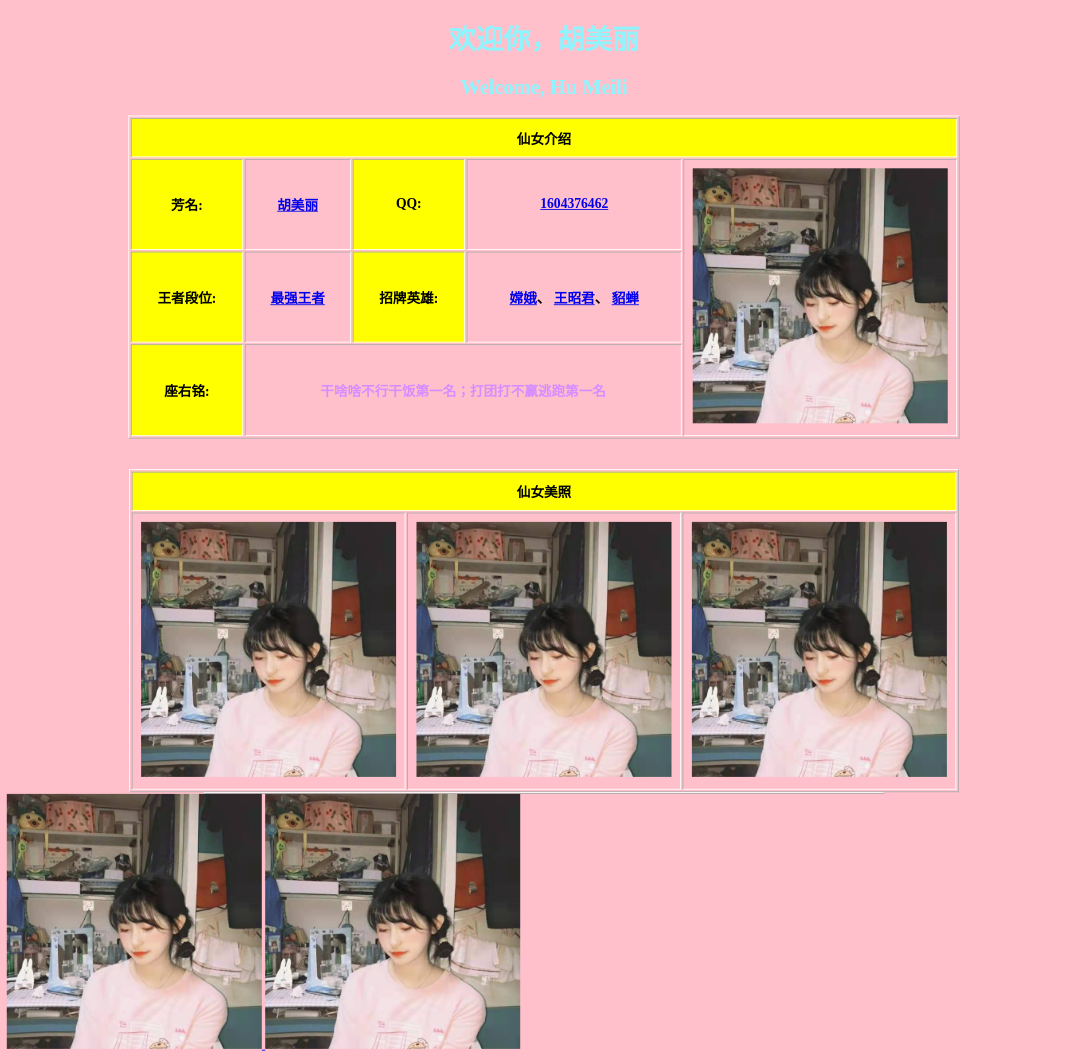
Repository: NanmeiYC/NanmeiYC.github.io
Page: ceshi2.html
The author's editor kept a copy of each file at every save. The page is drawn from the files as they stood at one save, then again after a run of saves.
The browser window is 1280 px wide. The pictures show the whole page, at 85% of full size.

Above is the page before, as saved 2021-05-29 02:55:50.

After the next 2 saves:
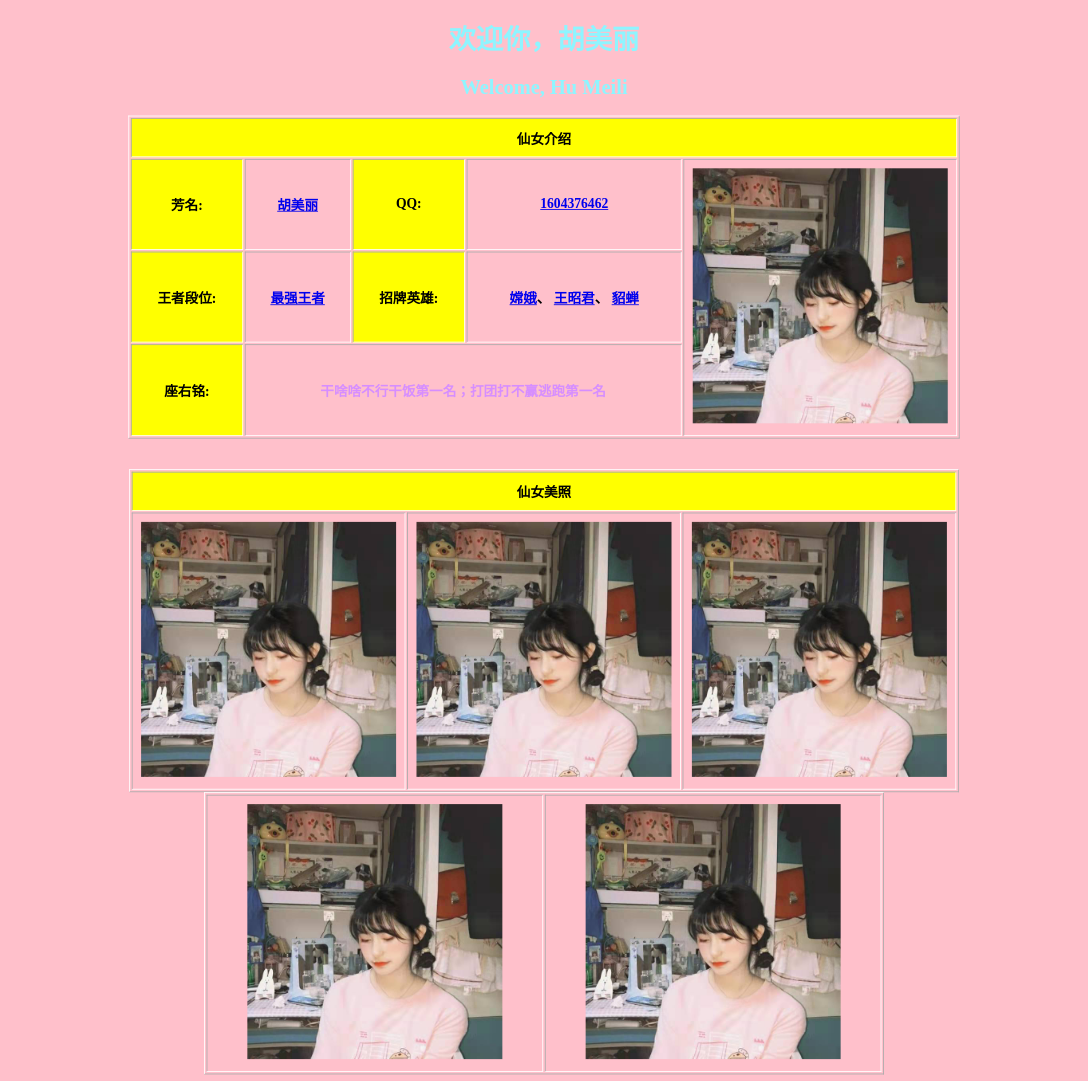
The 2 saves are shown as one change because they came seconds apart.
The last was saved 50 s later.
--- a/ceshi2.html
+++ b/ceshi2.html
@@ -46,8 +46,9 @@
             <th rowspan="3" width="100" <p><a href="https://user.qzone.qq.com/1604376462?source=aiostar"><img border="0" src="images\胡美丽主.jpg" width="300px" height="300px"></th>
             <th rowspan="3" width="100" <p><a href="https://user.qzone.qq.com/1604376462?source=aiostar"><img border="0" src="images\胡美丽主.jpg" width="300px" height="300px"></th>
         </tr>
-        <table border="1" align="center" cellpadding="10" width="800" style="border-color:rgb(255, 255, 255);"></table>
+        <table border="1" align="center" cellpadding="10" width="800" style="border-color:rgb(255, 255, 255);">
         <tr align="center">
             <th rowspan="3" width="100" <p><a href="https://user.qzone.qq.com/1604376462?source=aiostar"><img border="0" src="images\胡美丽主.jpg" width="300px" height="300px"></th>
             <th rowspan="3" width="100" <p><a href="https://user.qzone.qq.com/1604376462?source=aiostar"><img border="0" src="images\胡美丽主.jpg" width="300px" height="300px"></th>
         </tr>
+    </table>
